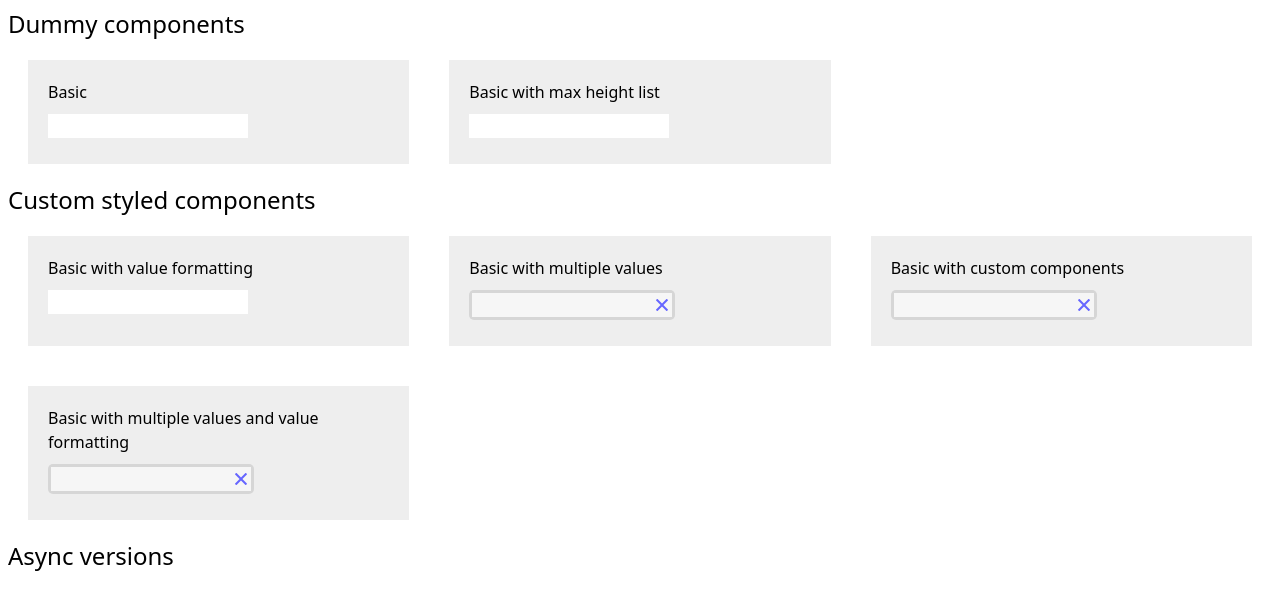
Repository: Frexity/frx-react
Page: / (app in ui/react-select/)
An editor plug-in stored every save of this project. The page is shown before and after the next save, followed by the edit.
The browser window is 1280 px wide. The pictures show the whole page.
Some web libraries are served in a nearby version. The project was rebuilt for these pictures with package versions that can differ from the ones it lists, and the page was loaded fresh each time. Also part of the build but not shown: ui/react-select/vite.config.ts, ui/react-select/src/CustomSelectComponents/ListLoadingIndicator.tsx, ui/react-select/src/dummy-components/ControlLoadingIndicator.tsx, ui/react-select/src/dummy-components/ListLoadingIndicator.tsx.

Above is the page before, as saved 2022-08-21 01:30:49.

After the next save:
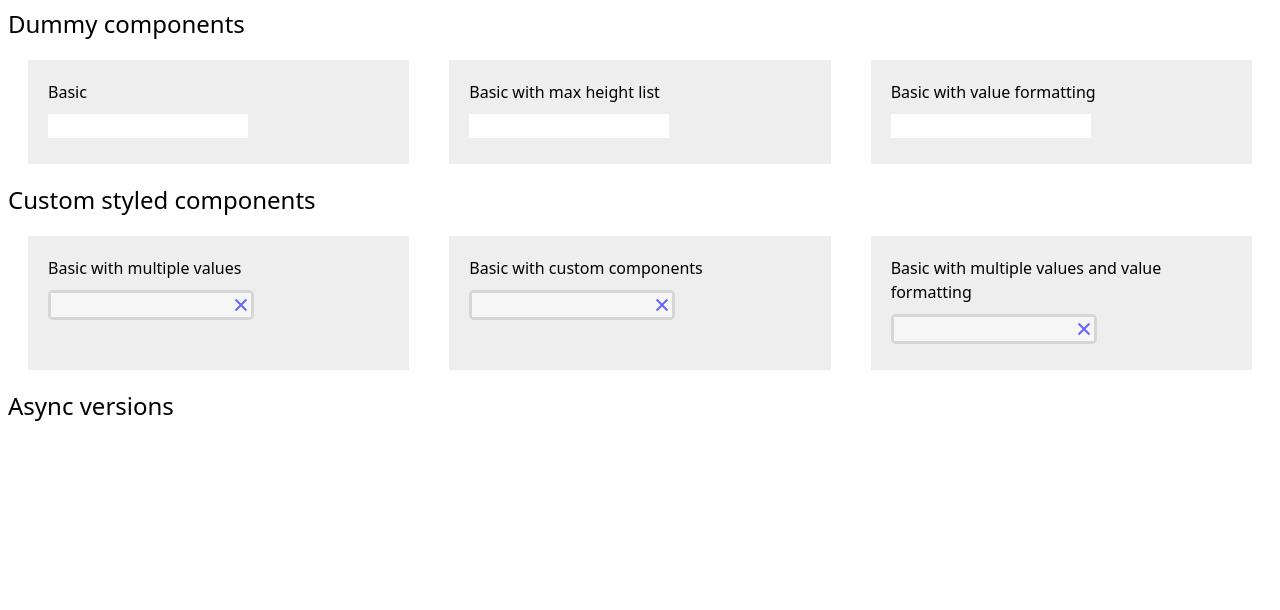
Saved 9 s later.
--- a/ui/react-select/src/App.tsx
+++ b/ui/react-select/src/App.tsx
@@ -53,10 +53,6 @@ export default function App() {
             }}
           />
         </div>
-      </div>
-
-      <h2 className="text-2xl">Custom styled components</h2>
-      <div className="cards">
         <div className="card">
           <h3>Basic with value formatting</h3>
           <Select
@@ -67,6 +63,10 @@ export default function App() {
             }}
           />
         </div>
+      </div>
+
+      <h2 className="text-2xl">Custom styled components</h2>
+      <div className="cards">
         <div className="card">
           <h3>Basic with multiple values</h3>
           <Select options={options} components={customComponents} canSelectMultipleValues />
